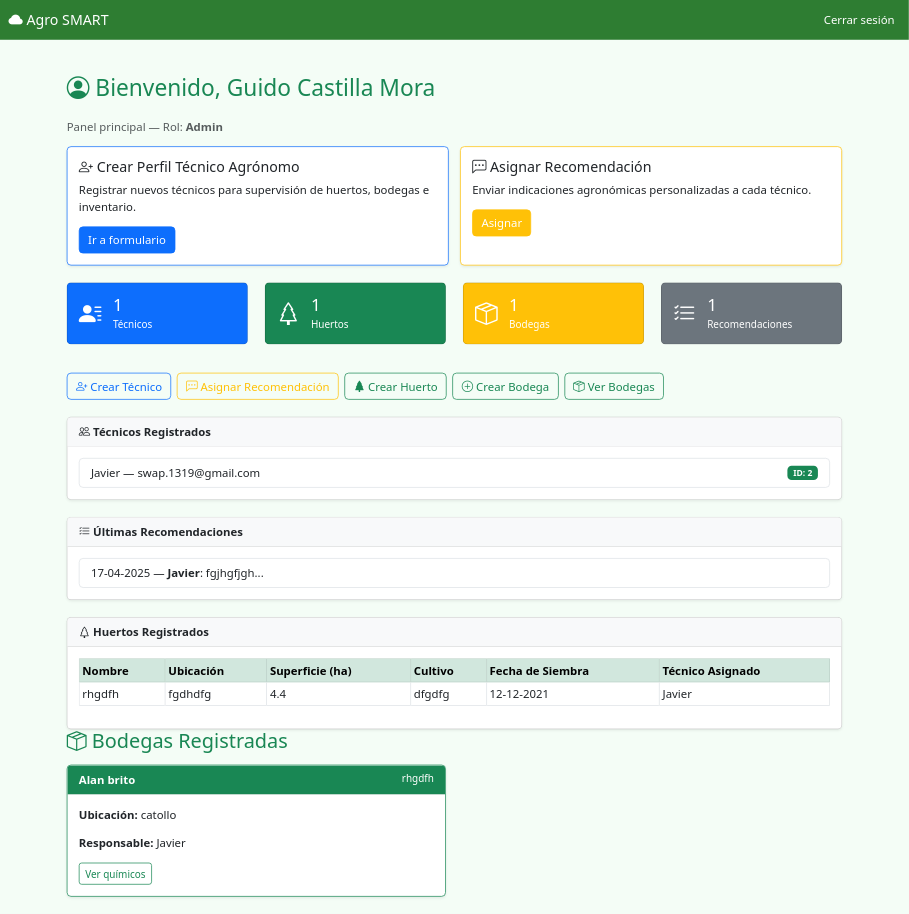
Repository: eikos4/Agrodeskv3
Page: http://localhost/admin/dashboard
An editor plug-in stored every save of this project. The page is shown before and after the next save, followed by the edit.
The browser window is 1280 px wide. The pictures show the whole page, at 71% of full size.
The page is served by the project's application, run on Flask 3 (app/__init__.py). The user the application loads for id 1 is signed in. The page reads the database file committed with the project.

Above is the page before, as saved 2025-04-16 23:31:39.

After the next save:
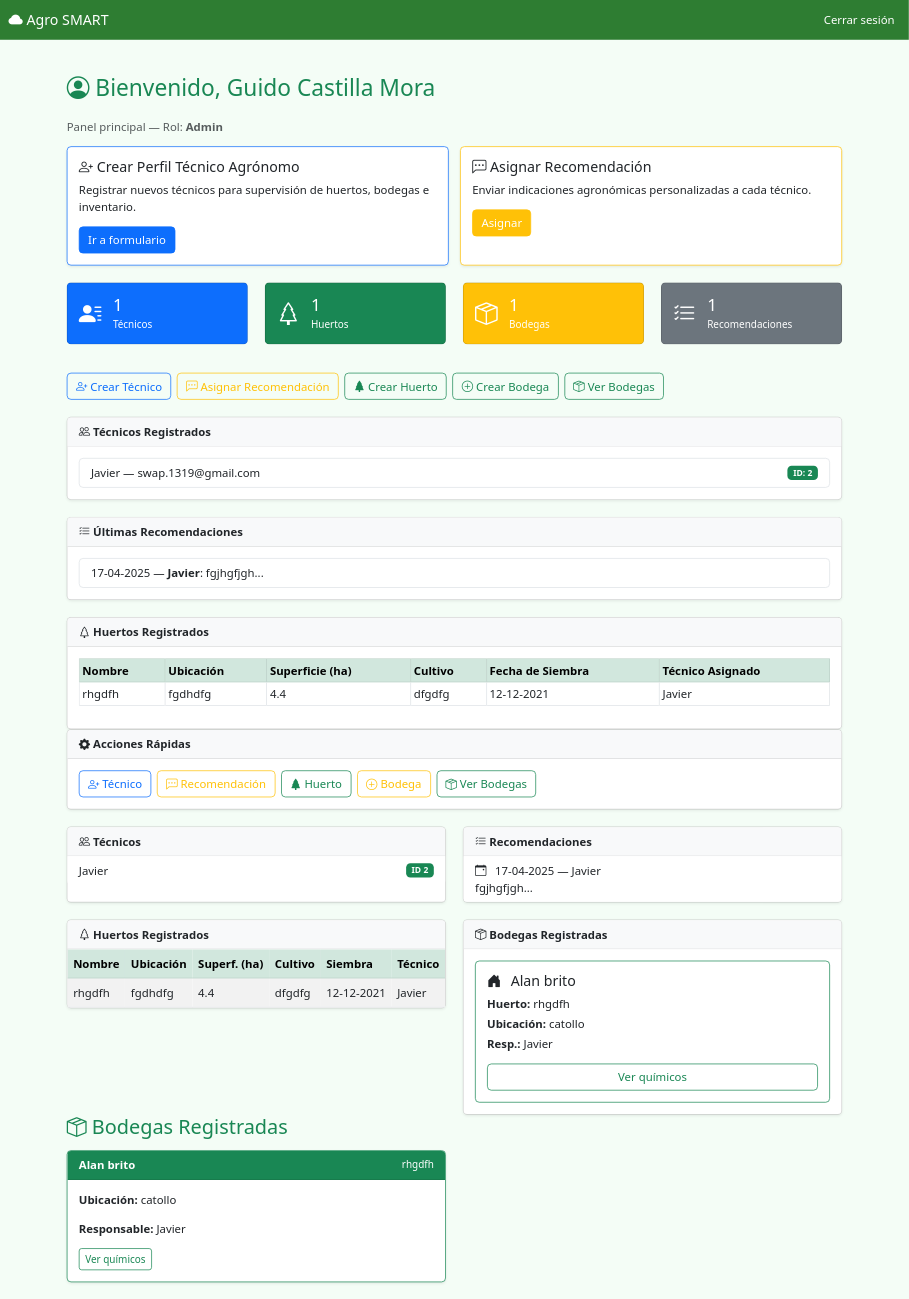
Saved 45 s later.
--- a/app/templates/admin/admin_dashboard.html
+++ b/app/templates/admin/admin_dashboard.html
@@ -190,6 +190,118 @@
       </div>
     </div>
 
+
+
+
+
+
+
+     <!-- Acciones rápidas -->
+  <div class="card mb-4 shadow-sm">
+    <div class="card-header bg-light">
+      <strong><i class="bi bi-gear-fill"></i> Acciones Rápidas</strong>
+    </div>
+    <div class="card-body">
+      <div class="d-flex flex-wrap gap-2">
+        <a class="btn btn-outline-primary" href="{{ url_for('admin.crear_tecnico') }}"><i class="bi bi-person-plus"></i> Técnico</a>
+        <a class="btn btn-outline-warning" href="{{ url_for('admin.recomendar') }}"><i class="bi bi-chat-left-dots"></i> Recomendación</a>
+        <a class="btn btn-outline-success" href="{{ url_for('admin.crear_huerto') }}"><i class="bi bi-tree-fill"></i> Huerto</a>
+        <a class="btn btn-outline-warning" href="{{ url_for('admin.crear_bodega') }}"><i class="bi bi-plus-circle"></i> Bodega</a>
+        <a class="btn btn-outline-success" href="{{ url_for('admin.listar_bodegas') }}"><i class="bi bi-box-seam"></i> Ver Bodegas</a>
+      </div>
+    </div>
+  </div>
+
+  <!-- Sección vertical: Técnicos y Recomendaciones -->
+  <div class="row g-4 mb-4">
+    <div class="col-lg-6">
+      <div class="card h-100 shadow-sm">
+        <div class="card-header bg-light"><strong><i class="bi bi-people"></i> Técnicos</strong></div>
+        <ul class="list-group list-group-flush">
+          {% for t in tecnicos %}
+            <li class="list-group-item d-flex justify-content-between align-items-center">
+              {{ t.name }} <span class="badge bg-success">ID {{ t.id }}</span>
+            </li>
+          {% else %}
+            <li class="list-group-item text-muted">No hay técnicos.</li>
+          {% endfor %}
+        </ul>
+      </div>
+    </div>
+    <div class="col-lg-6">
+      <div class="card h-100 shadow-sm">
+        <div class="card-header bg-light"><strong><i class="bi bi-list-check"></i> Recomendaciones</strong></div>
+        <ul class="list-group list-group-flush">
+          {% for r in ultimas_recomendaciones %}
+            <li class="list-group-item">
+              <i class="bi bi-calendar-event me-2"></i> {{ r.fecha.strftime('%d-%m-%Y') }} — {{ r.tecnico.name }}
+              <p class="mb-0">{{ r.contenido[:50] }}...</p>
+            </li>
+          {% else %}
+            <li class="list-group-item text-muted">Sin recomendaciones.</li>
+          {% endfor %}
+        </ul>
+      </div>
+    </div>
+  </div>
+
+  <!-- Tablas y tarjetas: Huertos y Bodegas -->
+  <div class="row g-4">
+    <div class="col-lg-6">
+      <div class="card shadow-sm">
+        <div class="card-header bg-light"><strong><i class="bi bi-tree"></i> Huertos Registrados</strong></div>
+        <div class="table-responsive">
+          <table class="table table-striped mb-0">
+            <thead class="table-success">
+              <tr><th>Nombre</th><th>Ubicación</th><th>Superf. (ha)</th><th>Cultivo</th><th>Siembra</th><th>Técnico</th></tr>
+            </thead>
+            <tbody>
+              {% for h in huertos %}
+              <tr>
+                <td>{{ h.nombre }}</td>
+                <td>{{ h.ubicacion }}</td>
+                <td>{{ h.superficie_ha }}</td>
+                <td>{{ h.tipo_cultivo }}</td>
+                <td>{{ h.fecha_siembra.strftime('%d-%m-%Y') }}</td>
+                <td>{{ h.responsable.name }}</td>
+              </tr>
+              {% else %}
+              <tr><td colspan="6" class="text-center text-muted">No hay huertos.</td></tr>
+              {% endfor %}
+            </tbody>
+          </table>
+        </div>
+      </div>
+    </div>
+
+    <div class="col-lg-6">
+      <div class="card shadow-sm">
+        <div class="card-header bg-light"><strong><i class="bi bi-box-seam"></i> Bodegas Registradas</strong></div>
+        <div class="card-body">
+          <div class="row row-cols-1 row-cols-md-1 g-3">
+            {% for b in bodegas %}
+            <div class="col">
+              <div class="card border-success h-100">
+                <div class="card-body d-flex flex-column justify-content-between">
+                  <div>
+                    <h5><i class="bi bi-house-door-fill me-2"></i> {{ b.nombre }}</h5>
+                    <p class="mb-1"><strong>Huerto:</strong> {{ b.huerto.nombre if b.huerto else '—' }}</p>
+                    <p class="mb-1"><strong>Ubicación:</strong> {{ b.ubicacion or '—' }}</p>
+                    <p class="mb-0"><strong>Resp.:</strong> {{ b.responsable.name if b.responsable else '—' }}</p>
+                  </div>
+                  <a href="{{ url_for('admin.ver_quimicos', bodega_id=b.id) }}" class="btn btn-outline-success mt-3">Ver químicos</a>
+                </div>
+              </div>
+            </div>
+            {% else %}
+            <div class="col"><div class="alert alert-info text-center mb-0">No hay bodegas.</div></div>
+            {% endfor %}
+          </div>
+        </div>
+      </div>
+    </div>
+  </div>
+
   <!-- Bodegas Registradas -->
   <h3 class="text-success mb-3"><i class="bi bi-box-seam"></i> Bodegas Registradas</h3>
   <div class="row row-cols-1 row-cols-md-2 g-4">

After the save that followed:
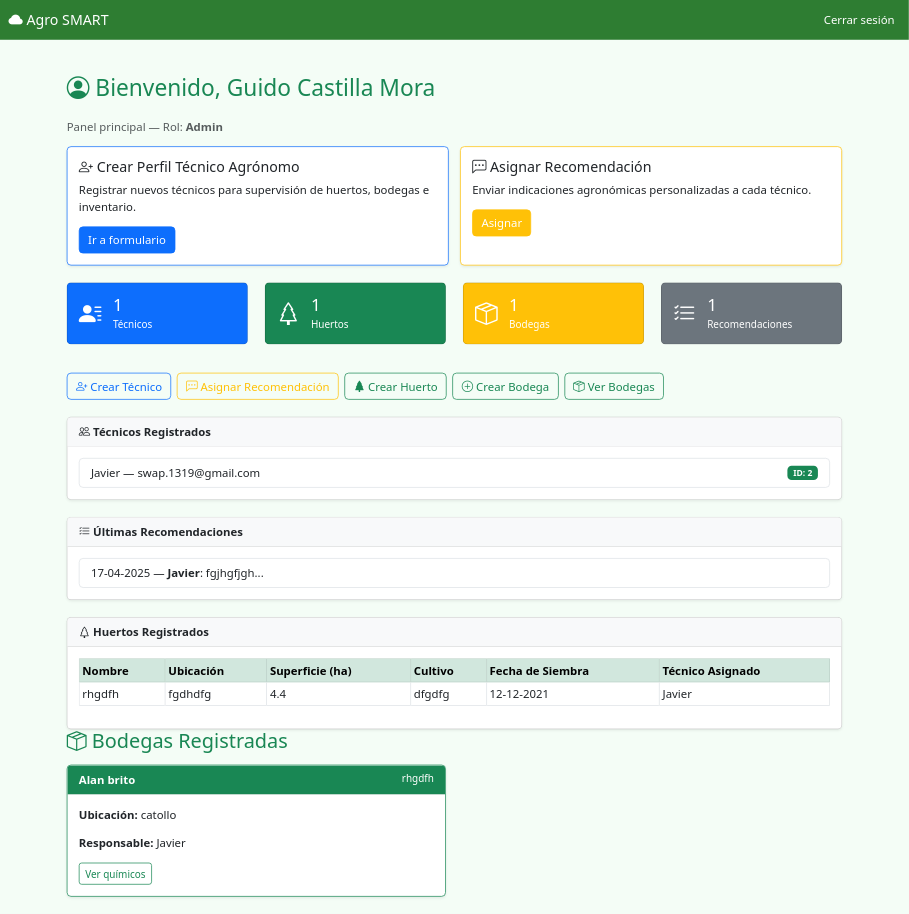
Saved 27 s later.
--- a/app/templates/admin/admin_dashboard.html
+++ b/app/templates/admin/admin_dashboard.html
@@ -196,111 +196,6 @@
 
 
 
-     <!-- Acciones rápidas -->
-  <div class="card mb-4 shadow-sm">
-    <div class="card-header bg-light">
-      <strong><i class="bi bi-gear-fill"></i> Acciones Rápidas</strong>
-    </div>
-    <div class="card-body">
-      <div class="d-flex flex-wrap gap-2">
-        <a class="btn btn-outline-primary" href="{{ url_for('admin.crear_tecnico') }}"><i class="bi bi-person-plus"></i> Técnico</a>
-        <a class="btn btn-outline-warning" href="{{ url_for('admin.recomendar') }}"><i class="bi bi-chat-left-dots"></i> Recomendación</a>
-        <a class="btn btn-outline-success" href="{{ url_for('admin.crear_huerto') }}"><i class="bi bi-tree-fill"></i> Huerto</a>
-        <a class="btn btn-outline-warning" href="{{ url_for('admin.crear_bodega') }}"><i class="bi bi-plus-circle"></i> Bodega</a>
-        <a class="btn btn-outline-success" href="{{ url_for('admin.listar_bodegas') }}"><i class="bi bi-box-seam"></i> Ver Bodegas</a>
-      </div>
-    </div>
-  </div>
-
-  <!-- Sección vertical: Técnicos y Recomendaciones -->
-  <div class="row g-4 mb-4">
-    <div class="col-lg-6">
-      <div class="card h-100 shadow-sm">
-        <div class="card-header bg-light"><strong><i class="bi bi-people"></i> Técnicos</strong></div>
-        <ul class="list-group list-group-flush">
-          {% for t in tecnicos %}
-            <li class="list-group-item d-flex justify-content-between align-items-center">
-              {{ t.name }} <span class="badge bg-success">ID {{ t.id }}</span>
-            </li>
-          {% else %}
-            <li class="list-group-item text-muted">No hay técnicos.</li>
-          {% endfor %}
-        </ul>
-      </div>
-    </div>
-    <div class="col-lg-6">
-      <div class="card h-100 shadow-sm">
-        <div class="card-header bg-light"><strong><i class="bi bi-list-check"></i> Recomendaciones</strong></div>
-        <ul class="list-group list-group-flush">
-          {% for r in ultimas_recomendaciones %}
-            <li class="list-group-item">
-              <i class="bi bi-calendar-event me-2"></i> {{ r.fecha.strftime('%d-%m-%Y') }} — {{ r.tecnico.name }}
-              <p class="mb-0">{{ r.contenido[:50] }}...</p>
-            </li>
-          {% else %}
-            <li class="list-group-item text-muted">Sin recomendaciones.</li>
-          {% endfor %}
-        </ul>
-      </div>
-    </div>
-  </div>
-
-  <!-- Tablas y tarjetas: Huertos y Bodegas -->
-  <div class="row g-4">
-    <div class="col-lg-6">
-      <div class="card shadow-sm">
-        <div class="card-header bg-light"><strong><i class="bi bi-tree"></i> Huertos Registrados</strong></div>
-        <div class="table-responsive">
-          <table class="table table-striped mb-0">
-            <thead class="table-success">
-              <tr><th>Nombre</th><th>Ubicación</th><th>Superf. (ha)</th><th>Cultivo</th><th>Siembra</th><th>Técnico</th></tr>
-            </thead>
-            <tbody>
-              {% for h in huertos %}
-              <tr>
-                <td>{{ h.nombre }}</td>
-                <td>{{ h.ubicacion }}</td>
-                <td>{{ h.superficie_ha }}</td>
-                <td>{{ h.tipo_cultivo }}</td>
-                <td>{{ h.fecha_siembra.strftime('%d-%m-%Y') }}</td>
-                <td>{{ h.responsable.name }}</td>
-              </tr>
-              {% else %}
-              <tr><td colspan="6" class="text-center text-muted">No hay huertos.</td></tr>
-              {% endfor %}
-            </tbody>
-          </table>
-        </div>
-      </div>
-    </div>
-
-    <div class="col-lg-6">
-      <div class="card shadow-sm">
-        <div class="card-header bg-light"><strong><i class="bi bi-box-seam"></i> Bodegas Registradas</strong></div>
-        <div class="card-body">
-          <div class="row row-cols-1 row-cols-md-1 g-3">
-            {% for b in bodegas %}
-            <div class="col">
-              <div class="card border-success h-100">
-                <div class="card-body d-flex flex-column justify-content-between">
-                  <div>
-                    <h5><i class="bi bi-house-door-fill me-2"></i> {{ b.nombre }}</h5>
-                    <p class="mb-1"><strong>Huerto:</strong> {{ b.huerto.nombre if b.huerto else '—' }}</p>
-                    <p class="mb-1"><strong>Ubicación:</strong> {{ b.ubicacion or '—' }}</p>
-                    <p class="mb-0"><strong>Resp.:</strong> {{ b.responsable.name if b.responsable else '—' }}</p>
-                  </div>
-                  <a href="{{ url_for('admin.ver_quimicos', bodega_id=b.id) }}" class="btn btn-outline-success mt-3">Ver químicos</a>
-                </div>
-              </div>
-            </div>
-            {% else %}
-            <div class="col"><div class="alert alert-info text-center mb-0">No hay bodegas.</div></div>
-            {% endfor %}
-          </div>
-        </div>
-      </div>
-    </div>
-  </div>
 
   <!-- Bodegas Registradas -->
   <h3 class="text-success mb-3"><i class="bi bi-box-seam"></i> Bodegas Registradas</h3>
